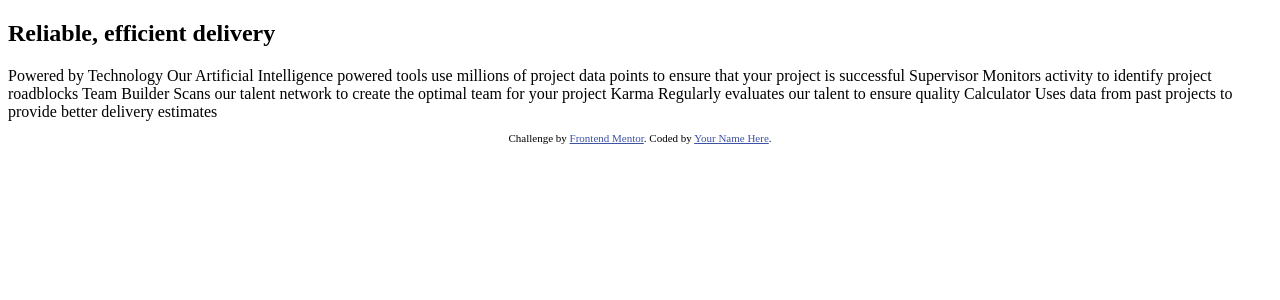
Repository: BuduCE/four-card-feature-section-master
Page: index.html
An editor plug-in stored every save of this project. The page is shown before and after a run of saves, followed by the edit.
The browser window is 1280 px wide. The pictures show the whole page.

Above is the page before, as saved 2023-06-01 21:21:30.

After the next 4 saves:
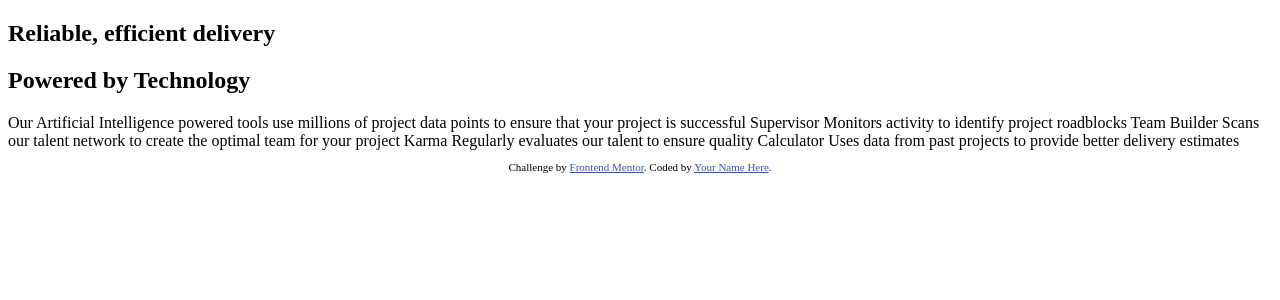
The 4 saves are shown as one change because they came seconds apart.
The last was saved 12 s later.
--- a/index.html
+++ b/index.html
@@ -16,10 +16,9 @@
 </head>
 <body>
   <h2>Reliable, efficient delivery</h2>
-  <h2></h2>
+  <h2>Powered by Technology</h2>
 
-  Powered by Technology
-
+  <p></p>
   Our Artificial Intelligence powered tools use millions of project data points
   to ensure that your project is successful
 
